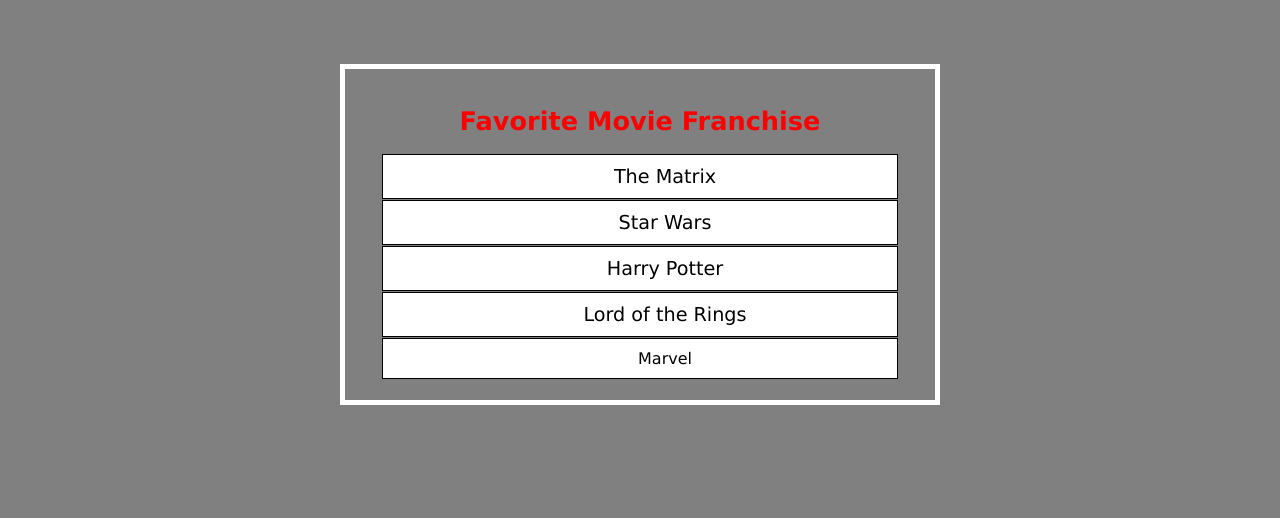
Repository: wakoya-tech/react-project
Page: Desktop/shaakala/jaal/index.html
An editor plug-in stored every save of this project. The page is shown before and after the next save, followed by the edit.
The browser window is 1280 px wide. The pictures show the whole page.

Above is the page before, as saved 2025-08-26 18:15:07.

After the next save:
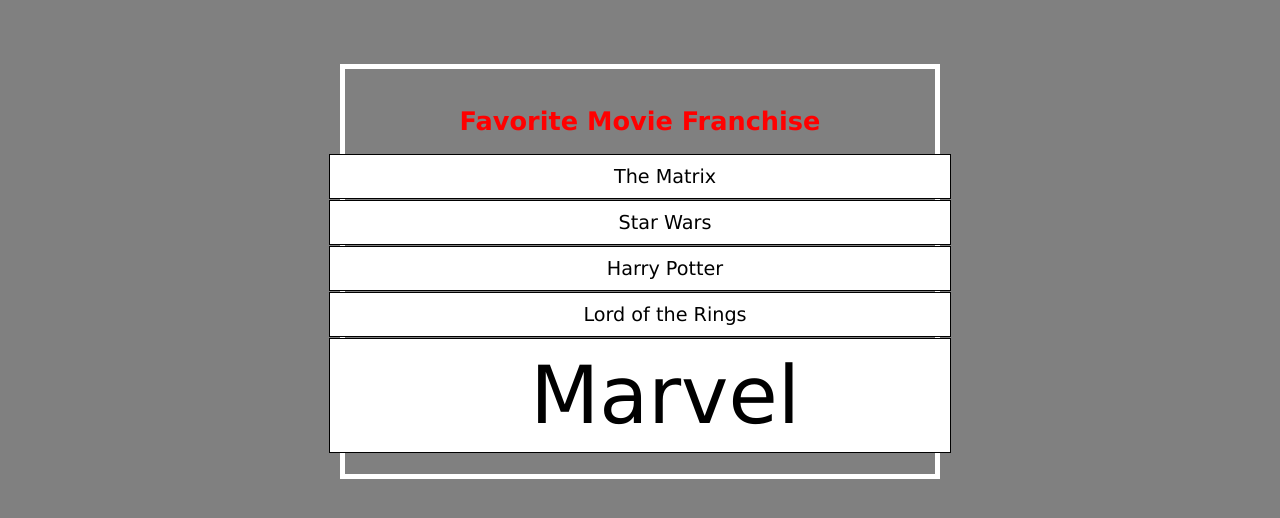
Saved 9 s later.
--- a/Desktop/shaakala/jaal/script.js
+++ b/Desktop/shaakala/jaal/script.js
@@ -4,7 +4,7 @@
 const listitems = document.querySelectorAll('.list-items');
 for(i=0; i < listitems.length; i++)
 {
-  listitems[4].style.fontSize = '1rem';
+  listitems[4].style.fontSize = '5rem';
 }
 
 console.log(listitems);
